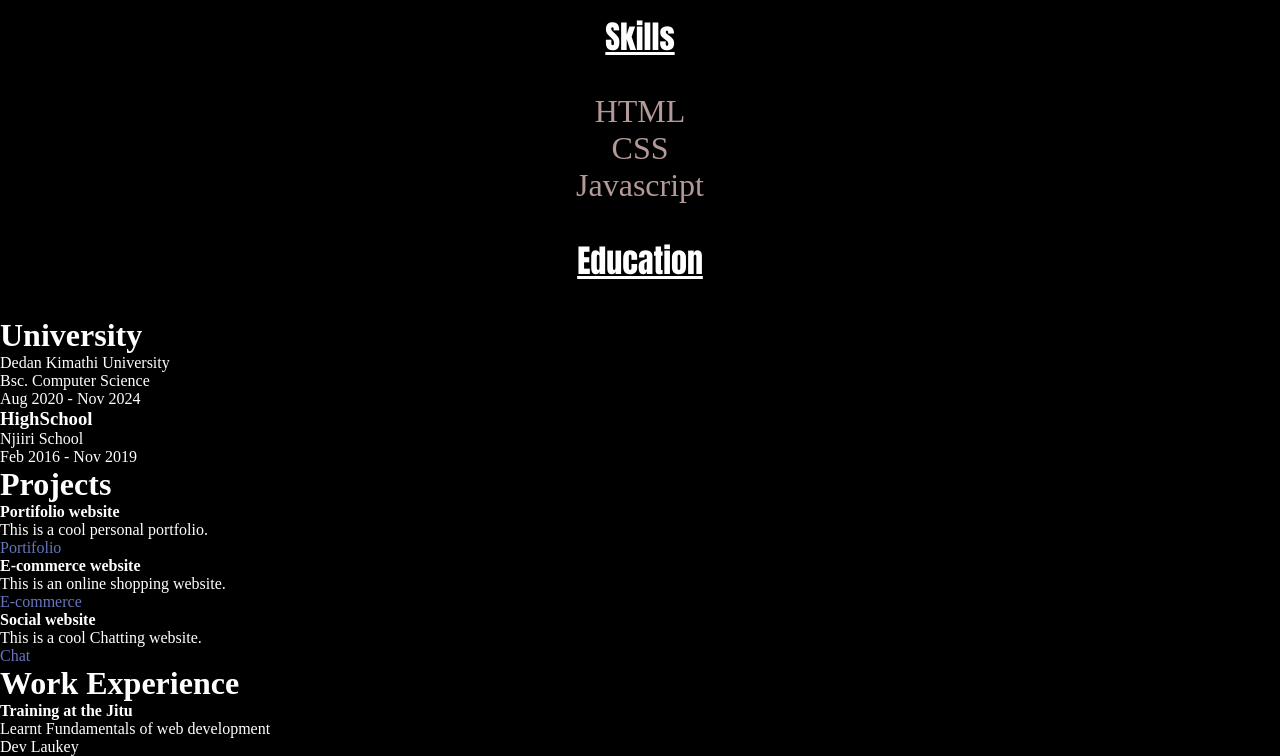
Repository: LaukeyMwaura/Jitu-Day-2
Page: index.html
An editor plug-in stored every save of this project. The page is shown before and after the next save, followed by the edit.
The browser window is 1280 px wide. The pictures show the part of the page from y = 640 to 1440 px (the page is 1396 px tall before and 1440 px after).
A picture or video elsewhere on the page could not be fetched, so the positions and the page height are approximate.

Above is the page before, as saved 2022-05-12 00:33:55.

### index.html
<!DOCTYPE html>
<html lang="en">
  <head>
    <meta charset="UTF-8" />
    <meta http-equiv="X-UA-Compatible" content="IE=edge" />
    <meta name="viewport" content="width=device-width, initial-scale=1.0" />
    <title>First Site</title>
    <link rel="stylesheet" href="./style.css">
  </head>
  <body>
    <nav class="nav">
      <ul class="list" style="list-style-type: circle">
        <li><a href="#about">About </a></li>
        <li><a href="#skills">Skills </a></li>
        <li><a href="#education">Education </a></li>
        <li><a href="#projects">Projects </a></li>
        <li><a href="#work">Work </a></li>
      </ul>
    </nav>
    <div id="about">
      <h1 class="heading" id="about-me">About Me</h1>
      <div class="about">
        <p class="text">Music Lover

        </p>
        <br>
         <p class="text"> Programming Enthusiast.</p>
          <p class="text">Let's connect:</p>
      <ul class="links">
     <li><a class="link" target="_blank" href="https://devlaukey.netlify.com/">Website</a></li>

        <li> <a target="_blank" href="https://www.linkedin.com/in/devlaukey/"
        >LinkedIn</a
      ></li>
        <li>
      <a target="_blank" href="https://github.com/DevLaukey">Github</a></li>
      </ul>

      <img
        height="450"
        weight="450"
        src="https://devlaukey.netlify.app/uploads/me.jpeg"
        alt=""
      />

      </div>


    </div>
    <div id="skills" >
      <h1 class="heading">Skills</h1>
      <ul class="skills">
        <li id="html">HTML</li>
        <li>CSS</li>
        <li>Javascript</li>
      </ul>
    </div>

    <div class="education" id="education">
      <h1 class="heading">Education</h1>
      <div class="">
        <h1 class="subheading">University</h1>
        <p>Dedan Kimathi University</p>
        <p>Bsc. Computer Science</p>
        <p>Aug 2020 - Nov 2024</p>
      </div>
      <div>
        <h3>HighSchool</h3>
        <p>Njiiri School</p>
        <p>Feb 2016 - Nov 2019</p>
      </div>
    </div>
    <div class="project" id="projects">
      <h1>Projects</h1>
      <div class="project" >
        <h4>Portifolio website</h4>
        <p>This is a cool personal portfolio.</p>
        <a href="https://devlaukey.netlify.app/">Portifolio</a>
      </div>
      <div class="project">
        <h4>E-commerce website</h4>
        <p>This is an online shopping website.</p>
        <a href="https://victor-100.web.app/">E-commerce</a>
      </div>
      <div class="project">
        <h4>Social website</h4>
        <p>This is a cool Chatting website.</p>
        <a href="https://messenger-clone-70550.web.app/">Chat</a>
      </div>
    </div>
    <div id="work" class="work">
      <h1>Work Experience</h1>
      <div>
        <h4>Training at the Jitu</h4>
        <p>Learnt Fundamentals of web development</p>
      </div>
    </div>

    <footer>
      <p>Dev Laukey</p>
    </footer>
  </body>
</html>

### style.css
*{
    margin: 0;
    padding: 0;
    box-sizing: border-box;
}
body {
    background-color: black;
    color: white;
}
.about {
    font-family:Impact, Haettenschweiler, 'Arial Narrow Bold', sans-serifs;
}
.heading{
    text-decoration: underline;
    text-align: center;
    font-size: 2em;
    font-family:Impact, Haettenschweiler, 'Arial Narrow Bold', sans-serifs;
    margin: 1em;
}
.list{
    display: flex;
    text-align: center;
    justify-content: center;
    overflow: hidden;
}

.list>li{
    margin: 10px 5px ;
    font-size: 1.5rem;
    padding: 10px 10px 0 10px;
    font-family: 'Courier New', Courier, monospace;

}
li{
    list-style: none;
}
.links{
    padding:10px;

}
a{
    text-decoration: none;
    color: rgb(102, 118, 190);

}

.text {
    font-size: 1.5em;
    font-family: 'Lucida Sans', 'Lucida Sans Regular', 'Lucida Grande', 'Lucida Sans Unicode', Geneva, Verdana, sans-serif;
}

.about{
    display: flex;

    justify-content: space-evenly;
}


.skills {
    color: rgb(180, 153, 153);
    text-align: center;
    font-size: 2rem;
}

After the next save:
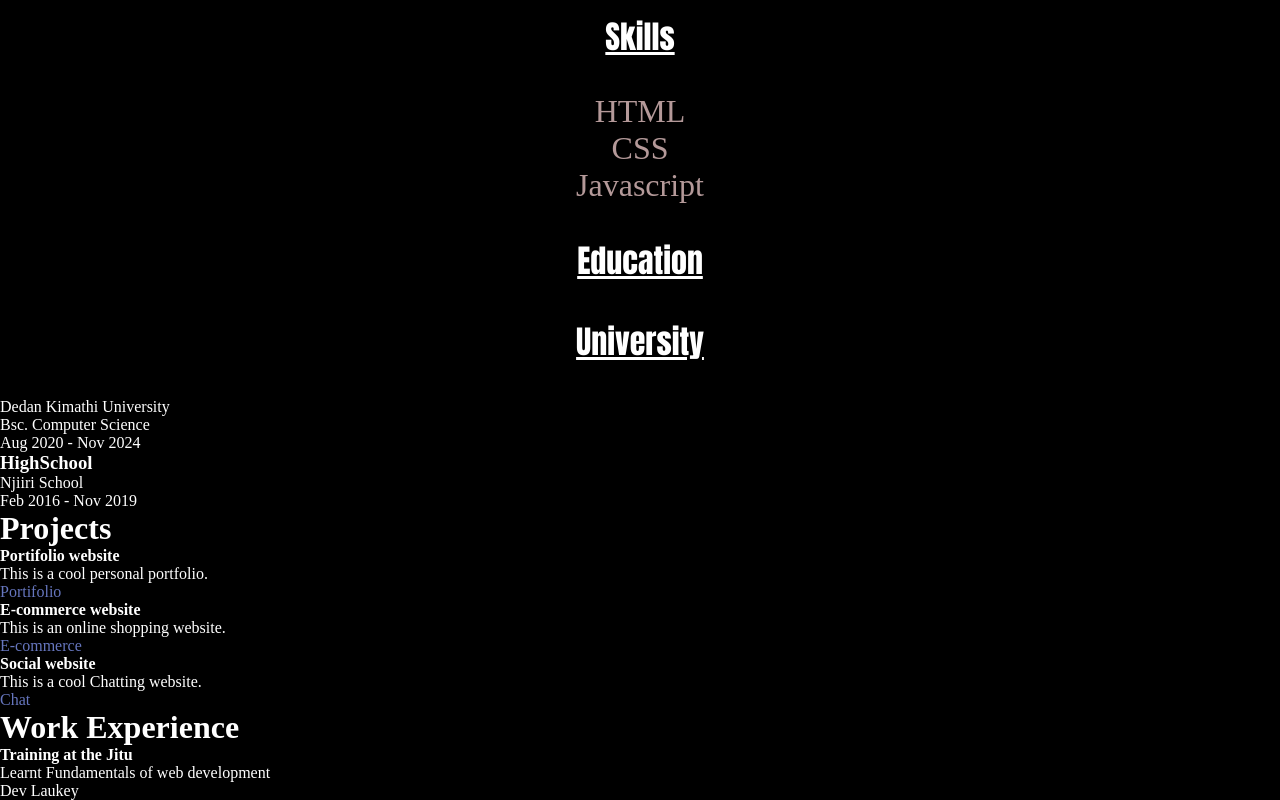
Saved 21 s later.
--- a/style.css
+++ b/style.css
@@ -17,6 +17,11 @@ body {
     font-family:Impact, Haettenschweiler, 'Arial Narrow Bold', sans-serifs;
     margin: 1em;
 }
+.subheading{ text-decoration: underline;
+    text-align: center;
+    font-size: 2em;
+    font-family:Impact, Haettenschweiler, 'Arial Narrow Bold', sans-serifs;
+    margin: 1em;}
 .list{
     display: flex;
     text-align: center;
